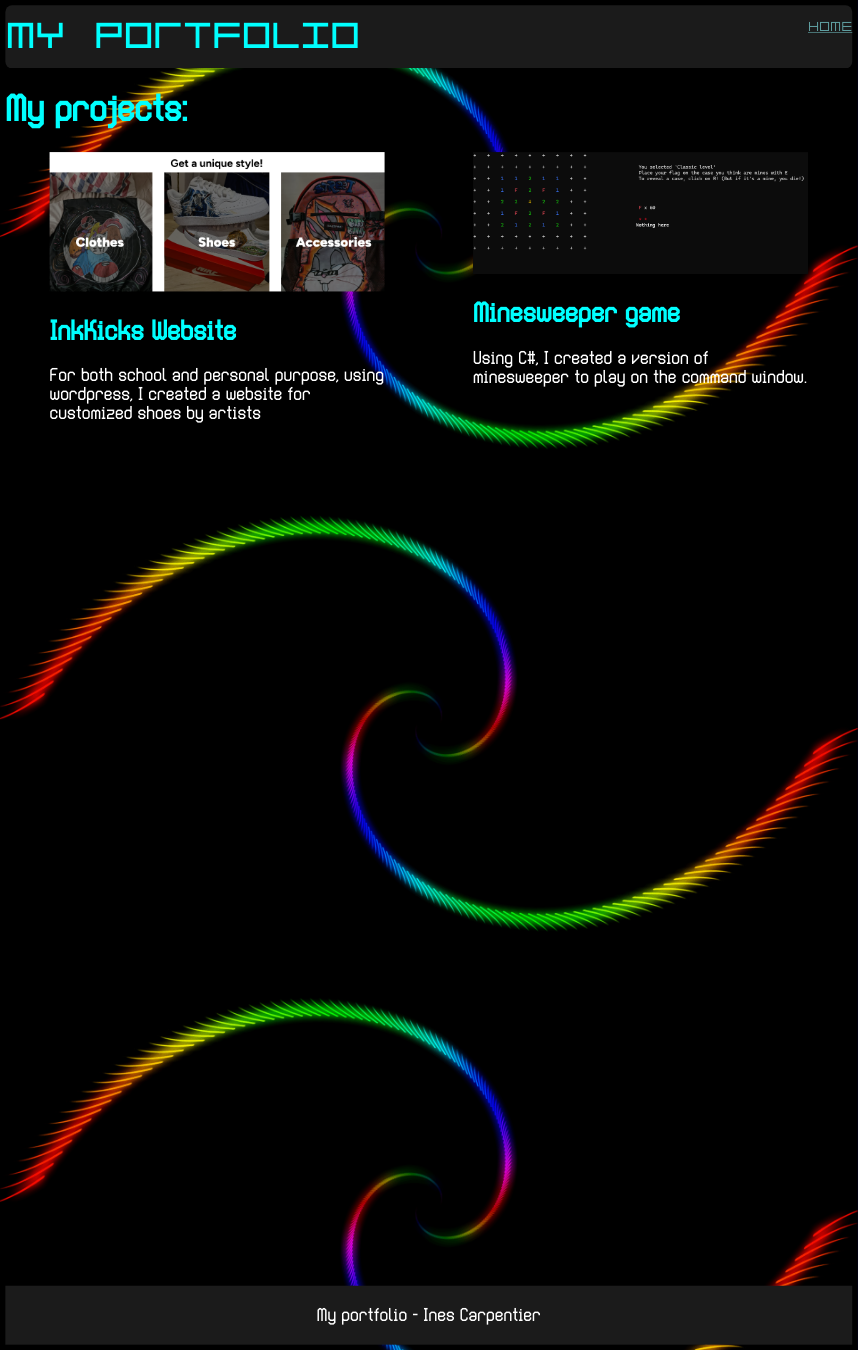
Repository: InsCarp/InsCarp
Page: project.html
These files come from the project's save history. The page is drawn as it stood at one moment and after the next save; the edit follows.
The browser window is 1280 px wide. The pictures show the whole page, at 67% of full size.
Backgrounds fixed to the window are drawn as part of the page.

Above is the page before, as saved 2026-05-12 09:41:25.

After the next save:
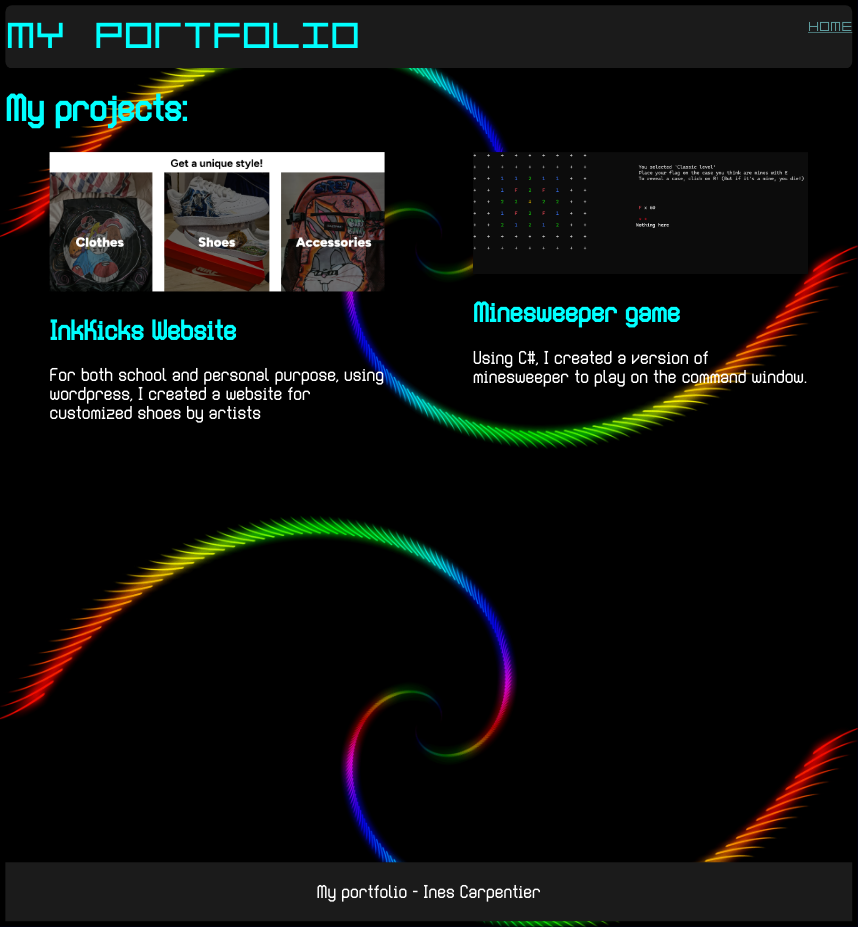
Saved 33 s later.
--- a/styles/globals.css
+++ b/styles/globals.css
@@ -68,7 +68,7 @@ footer{
     text-align: center;
     background-color:rgb(27, 27, 27);
     padding:0.2rem;
-    margin-top: 100%;
+    margin-top: 50%;
 
 }
 
